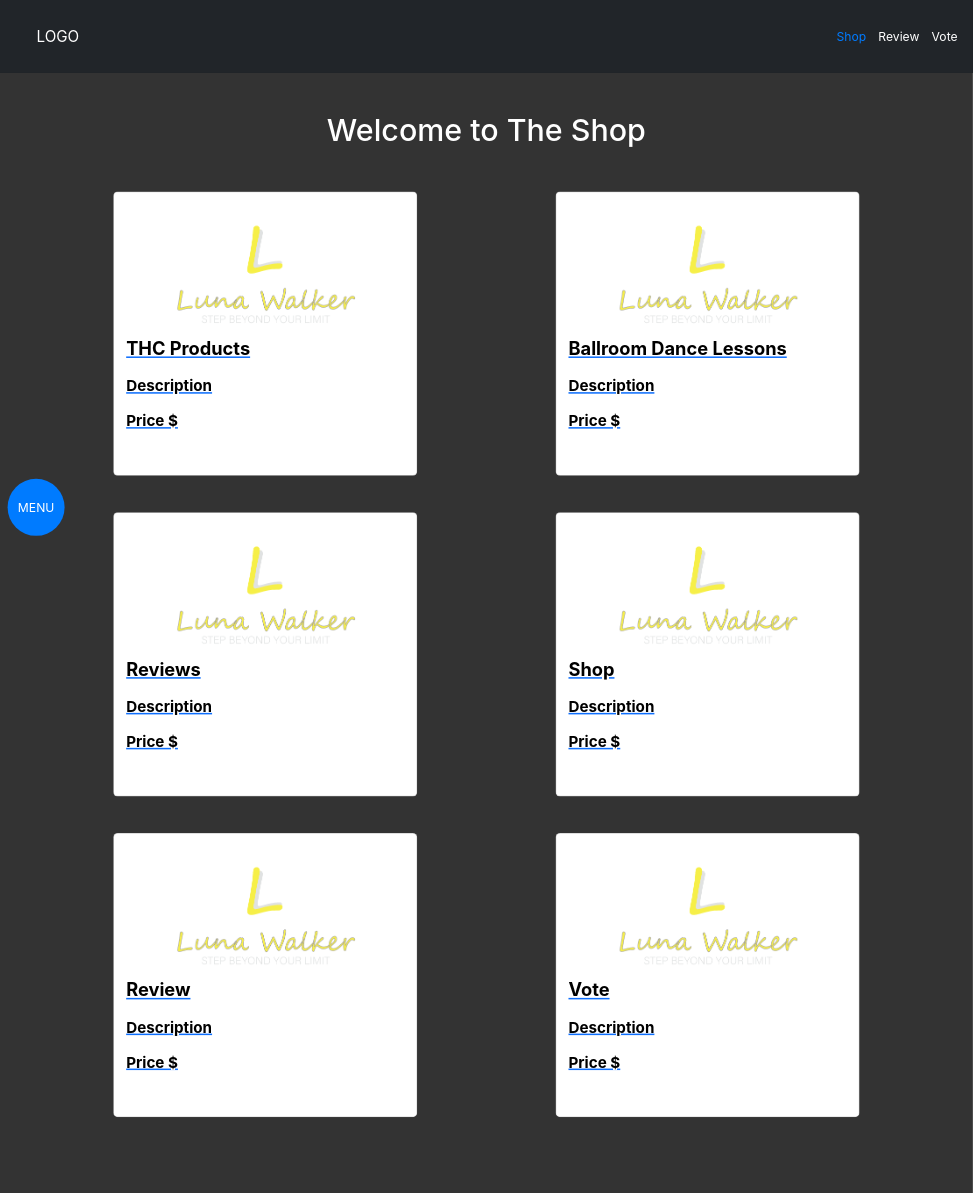
Repository: DragonFruit8/basic-website
Page: /shop
These files come from the project's save history. The page is drawn as it stood at one moment and after a run of saves; the edit follows.
The browser window is 1280 px wide. The pictures show the whole page, at 76% of full size.
The pointer rests on the first visible `#sidebarButton`.
The project was rebuilt for these pictures with package versions that can differ from the ones it lists, and the page was loaded fresh each time. Also part of the build but not shown: src/sections/MissionSec.js, src/sections/AboutSec.js, src/sections/ServiceSec.js, src/Img/LunaLogo.js, src/sections/SupportSec.js, src/sections/HeroSec.js, src/pages/HomePage.js.

Above is the page before, as saved 2024-06-23 09:45:05.

After the next 5 saves:
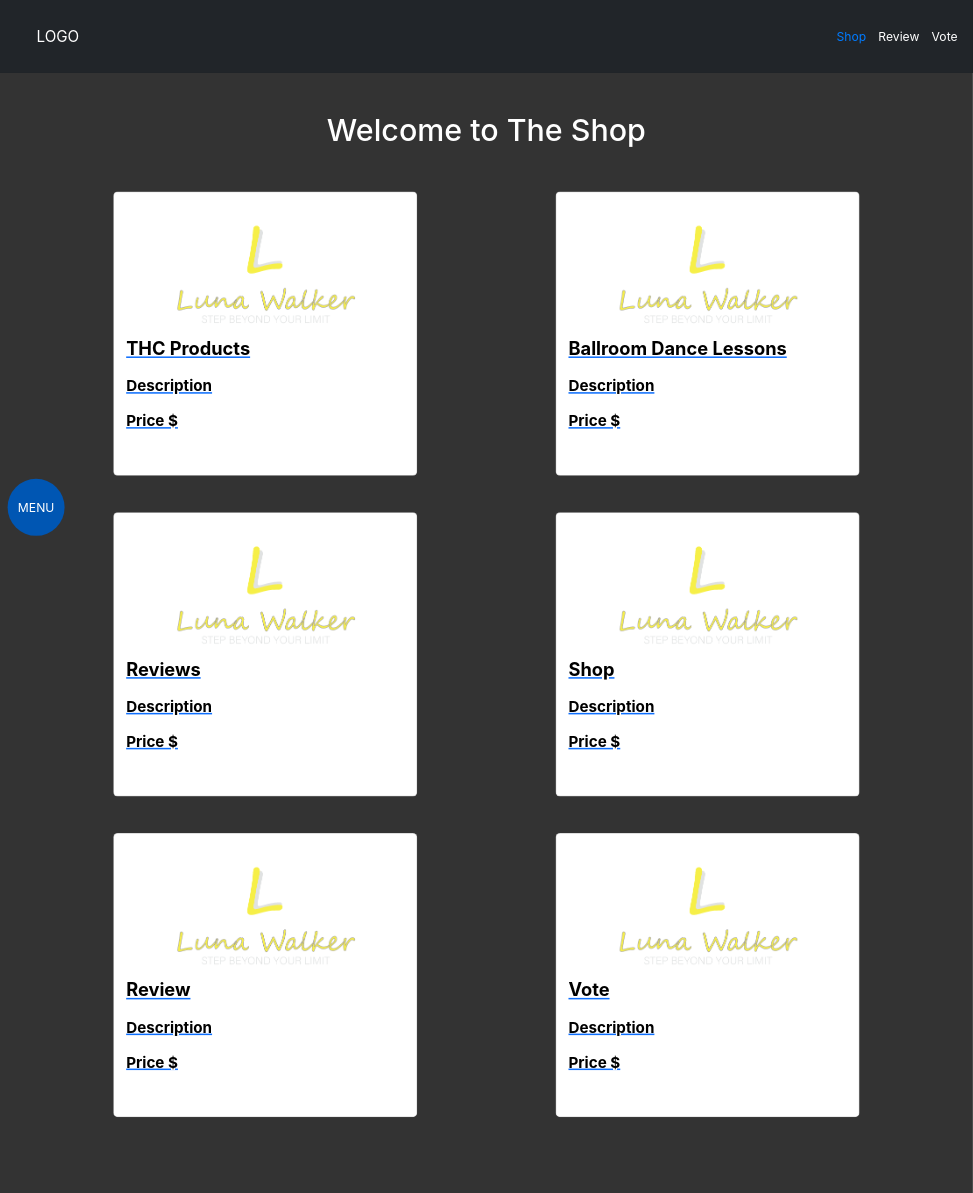
The 5 saves are shown as one change because they came seconds apart.
The last was saved 26 min 13 s later.
--- a/src/App.css
+++ b/src/App.css
@@ -70,6 +70,11 @@
   z-index: 100;
   border-radius: 100%;
   background-color: #007bff;
+}
+
+#sidebarButton:hover {
+  background-color: #0056b3;
+  box-shadow: ;
 }
 
 #closeButton, .btn-close {
